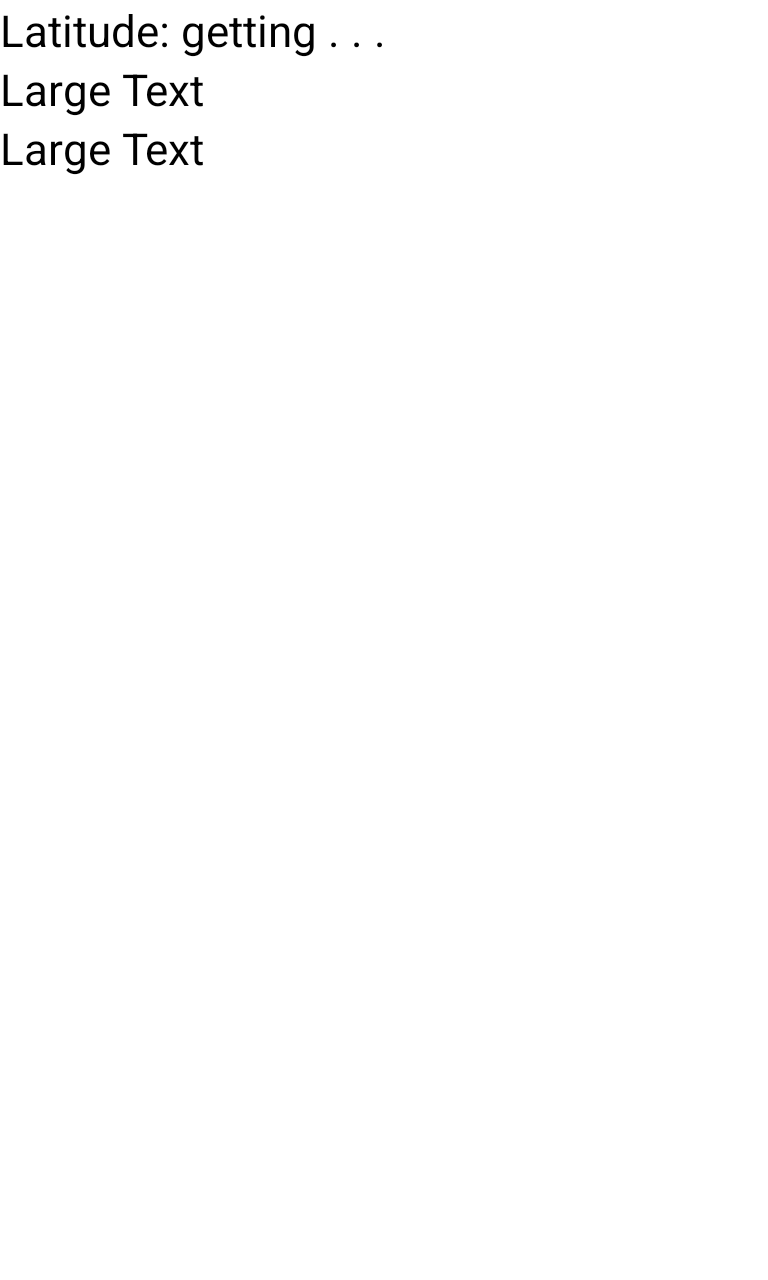
Repository: isitso/android_class
Layout: GPSApp/res/layout/main.xml
These files come from the project's save history. The layout is drawn as it stood at one moment and after the next save; the edit follows.
It is drawn on a 768 x 1280 px phone screen (xhdpi) without system bars, with theme AppTheme; the app's code is not run.

Above is the layout before, as saved 2014-04-29 19:00:53.

### GPSApp/res/layout/main.xml
<?xml version="1.0" encoding="utf-8"?>
<RelativeLayout xmlns:android="http://schemas.android.com/apk/res/android"
    android:layout_width="fill_parent"
    android:layout_height="fill_parent" >

    <TextView
        android:id="@+id/latView"
        android:layout_width="wrap_content"
        android:layout_height="wrap_content"
        android:layout_alignParentLeft="true"
        android:layout_alignParentTop="true"
        android:text="Latitude: getting . . . "
        android:textAppearance="?android:attr/textAppearanceLarge" />

    <TextView
        android:id="@+id/textView2"
        android:layout_width="wrap_content"
        android:layout_height="wrap_content"
        android:layout_alignParentLeft="true"
        android:layout_below="@+id/latView"
        android:text="Large Text"
        android:textAppearance="?android:attr/textAppearanceLarge" />

    <TextView
        android:id="@+id/textView3"
        android:layout_width="wrap_content"
        android:layout_height="wrap_content"
        android:layout_alignParentLeft="true"
        android:layout_below="@+id/textView2"
        android:text="Large Text"
        android:textAppearance="?android:attr/textAppearanceLarge" />

</RelativeLayout>

Loaded but not shown: GPSApp/res/values/styles.xml (common file); GPSApp/res/values-v11/styles.xml (common file); GPSApp/res/values-v14/styles.xml (common file)

After the next save:
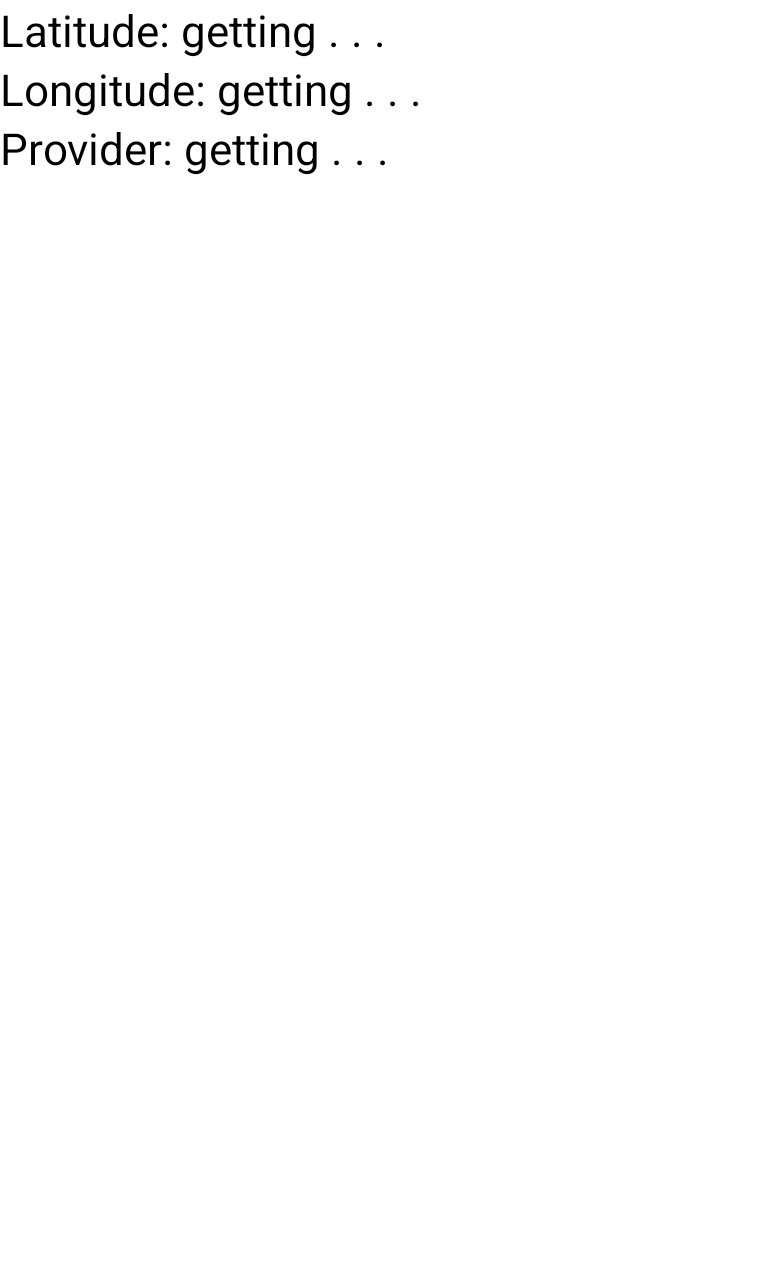
Saved 43 s later.
--- a/GPSApp/res/layout/main.xml
+++ b/GPSApp/res/layout/main.xml
@@ -13,12 +13,12 @@
         android:textAppearance="?android:attr/textAppearanceLarge" />
 
     <TextView
-        android:id="@+id/textView2"
+        android:id="@+id/longView"
         android:layout_width="wrap_content"
         android:layout_height="wrap_content"
         android:layout_alignParentLeft="true"
         android:layout_below="@+id/latView"
-        android:text="Large Text"
+        android:text="Longitude: getting . . ."
         android:textAppearance="?android:attr/textAppearanceLarge" />
 
     <TextView
@@ -26,8 +26,8 @@
         android:layout_width="wrap_content"
         android:layout_height="wrap_content"
         android:layout_alignParentLeft="true"
-        android:layout_below="@+id/textView2"
-        android:text="Large Text"
+        android:layout_below="@+id/longView"
+        android:text="Provider: getting . . . "
         android:textAppearance="?android:attr/textAppearanceLarge" />
 
 </RelativeLayout>
